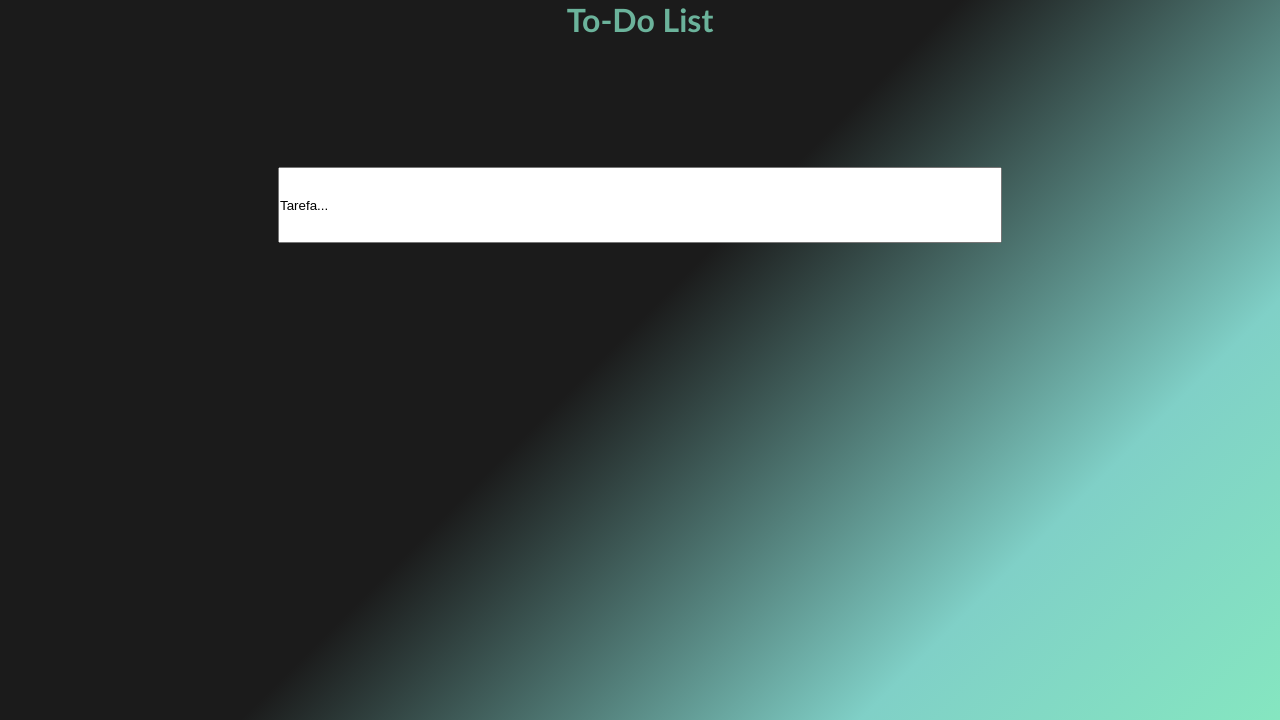
Repository: PetersonAntonyDev/python-flask-
Page: index.html
The author's editor kept a copy of each file at every save. The page is drawn from the files as they stood at one save, then again after the next save.
The browser window is 1280 px wide. The pictures show the whole page.

Above is the page before, as saved 2022-07-26 10:13:55.

### index.html
<!DOCTYPE html>
<html lang="en">
<head>
    <meta charset="UTF-8">
    <meta http-equiv="X-UA-Compatible" content="IE=edge">
    <meta name="viewport" content="width=device-width, initial-scale=1.0">
    <link rel="stylesheet" href="/style.css">
    <title>To-Do LIst</title>
</head>
<body>
    <header>
        <h1>To-Do List</h1>
    </header>
    <main>
        <form action="" method="get">
            <input class="task" type="text" name="task" id="task" value="Tarefa...">
        </form>
    </main>
</body>
</html>

### style.css
* {
    margin: 0;
    padding: 0;
}

body{
    display: flex;
    align-items: center;
    flex-direction: column;
    width: 100%;
    min-height: 100vh;
    max-height: 100%;
    background-color: #1b1b1b;
    background-image: linear-gradient(135deg, #1b1b1b 48%, #80D0C7 79%, #85e6c0 100%);
}

header {
    margin-bottom: 10%;
    font-family: 'Gill Sans', 'Gill Sans MT', Calibri, 'Trebuchet MS', sans-serif;
    font-size: 1rem;
    color: #6bb39b;
}

.task {
    height: 10vh;
    width: 100vh;
}

After the next save:
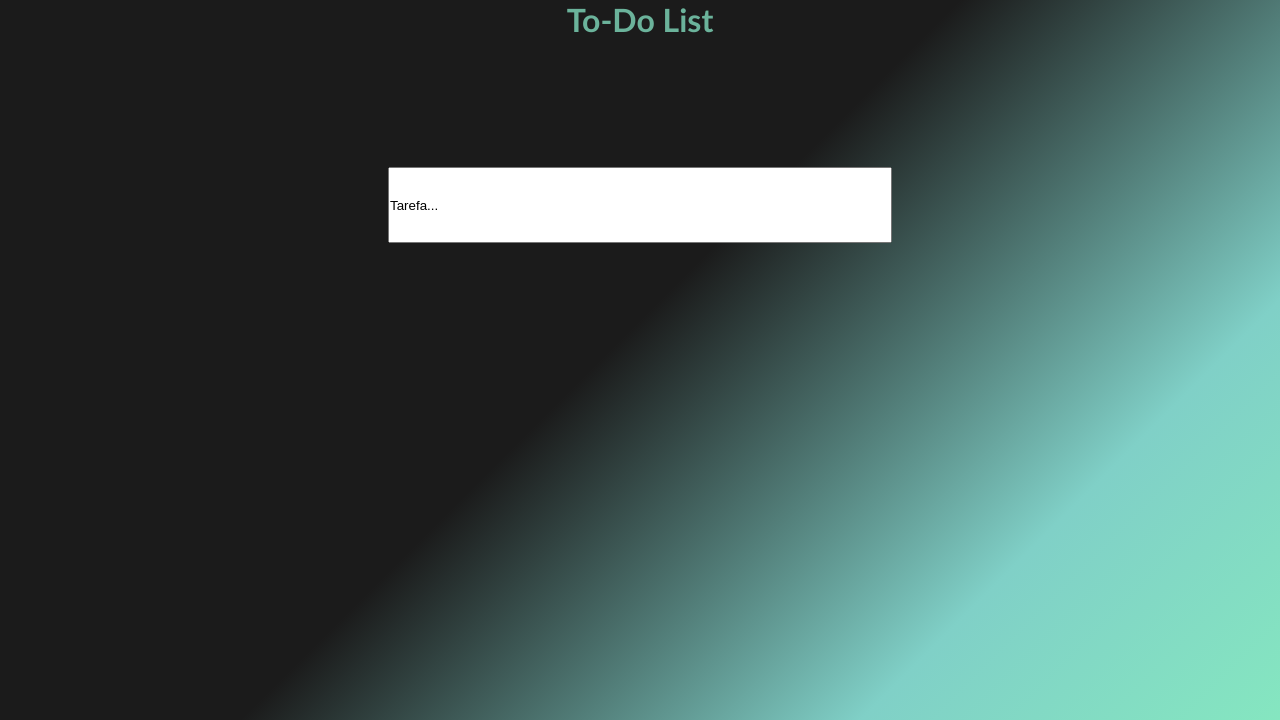
Saved 12 s later.
--- a/style.css
+++ b/style.css
@@ -23,5 +23,5 @@ header {
 
 .task {
     height: 10vh;
-    width: 100vh;
+    width: 500px;
 }
